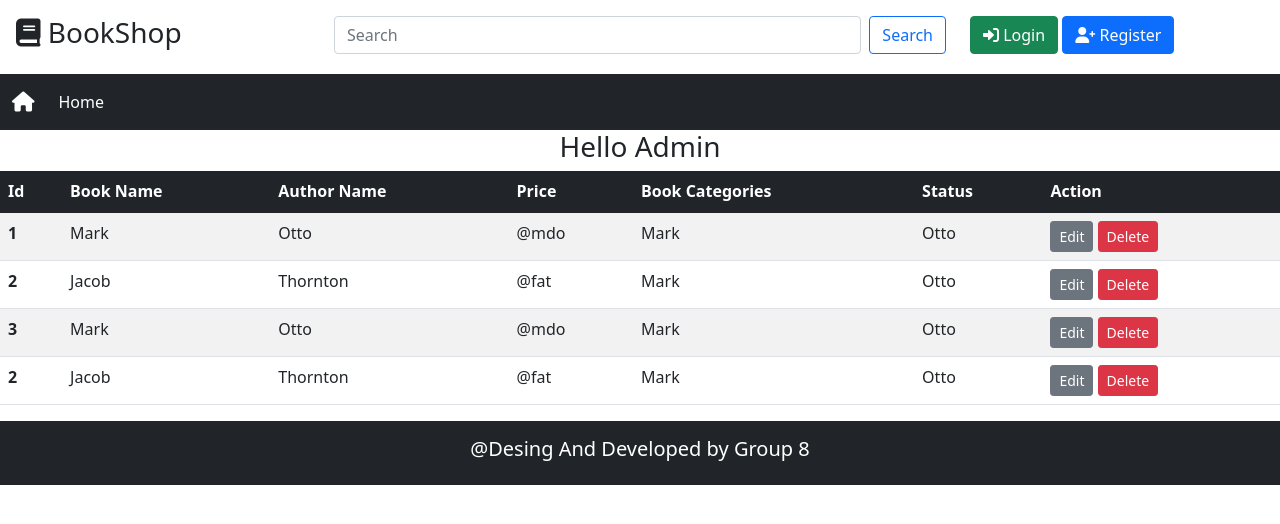
Repository: Abhishekverma23797/BookShopApp
Page: http://localhost/Ebook-App/Admin/orders.jsp
These files come from the project's save history. The page is drawn as it stood at one moment and after the next save; the edit follows.
The browser window is 1280 px wide. The pictures show the whole page.
The page is served by Tomcat 9.

Above is the page before, as saved 2021-12-09 10:36:31.

After the next save:
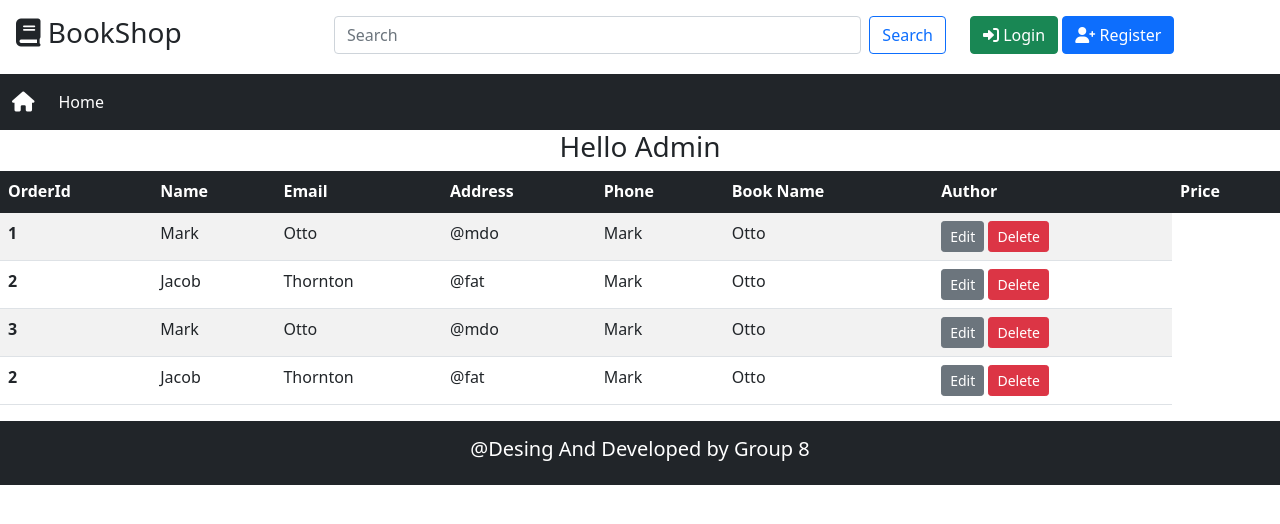
Saved 2 min 40 s later.
--- a/Ebook-App/src/main/webapp/Admin/orders.jsp
+++ b/Ebook-App/src/main/webapp/Admin/orders.jsp
@@ -14,13 +14,14 @@
 <table class="table table-striped table-hover">
 	<thead class="table-dark">
 		<tr>
-			<th scope="col">Id</th>
+			<th scope="col">OrderId</th>
+			<th scope="col">Name</th>
+			<th scope="col">Email</th>
+			<th scope="col">Address</th>
+			<th scope="col">Phone</th>
 			<th scope="col">Book Name</th>
-			<th scope="col">Author Name</th>
+			<th scope="col">Author</th>
 			<th scope="col">Price</th>
-			<th scope="col">Book Categories</th>
-			<th scope="col">Status</th>
-			<th scope="col">Action</th>
 		</tr>
 	</thead>
 	<tbody>
